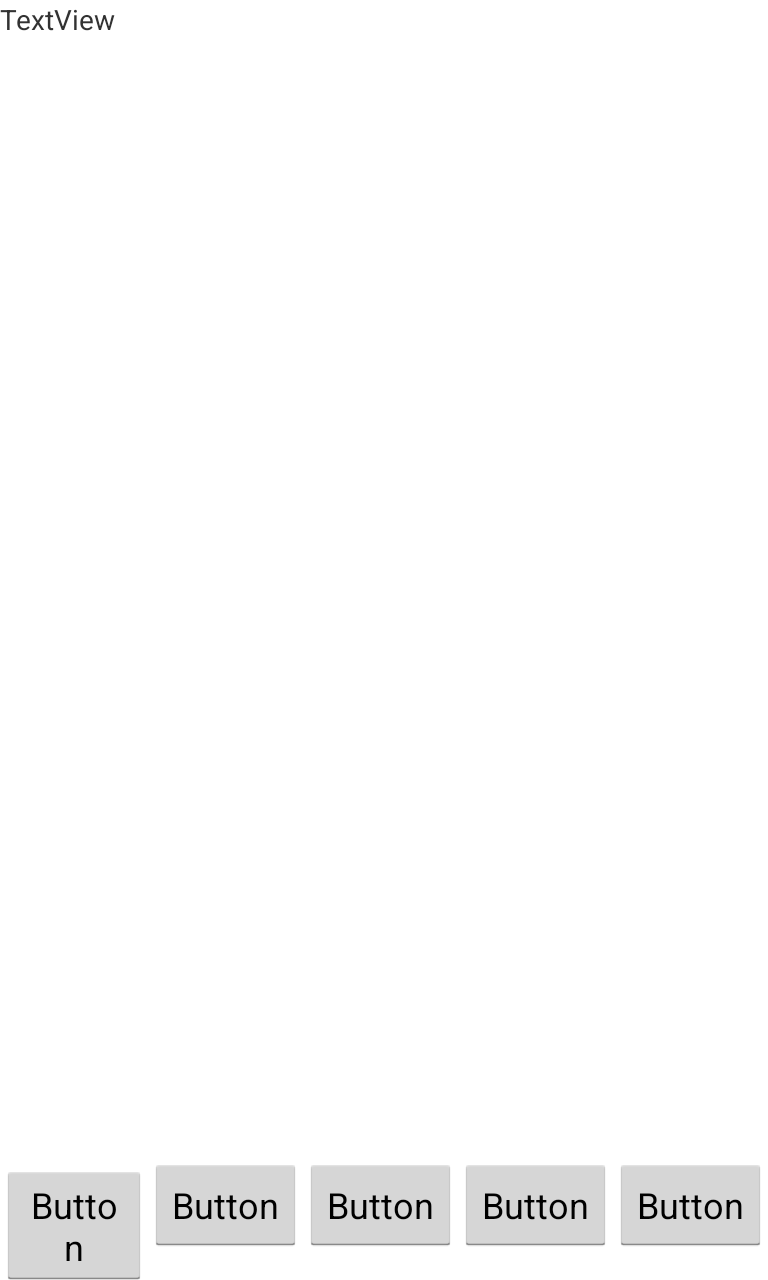
Repository: AungWinnHtut/MScAnd
Layout: com.example.com.engineer4myanmar.rtrs.MainActivity/res/layout/activity_history.xml
An editor plug-in stored every save of this project. The layout is shown before and after the next save, followed by the edit.
It is drawn on a 768 x 1280 px phone screen (xhdpi) without system bars, with theme AppTheme; the app's code is not run.

Above is the layout before, as saved 2015-06-21 07:26:05.

After the next save:
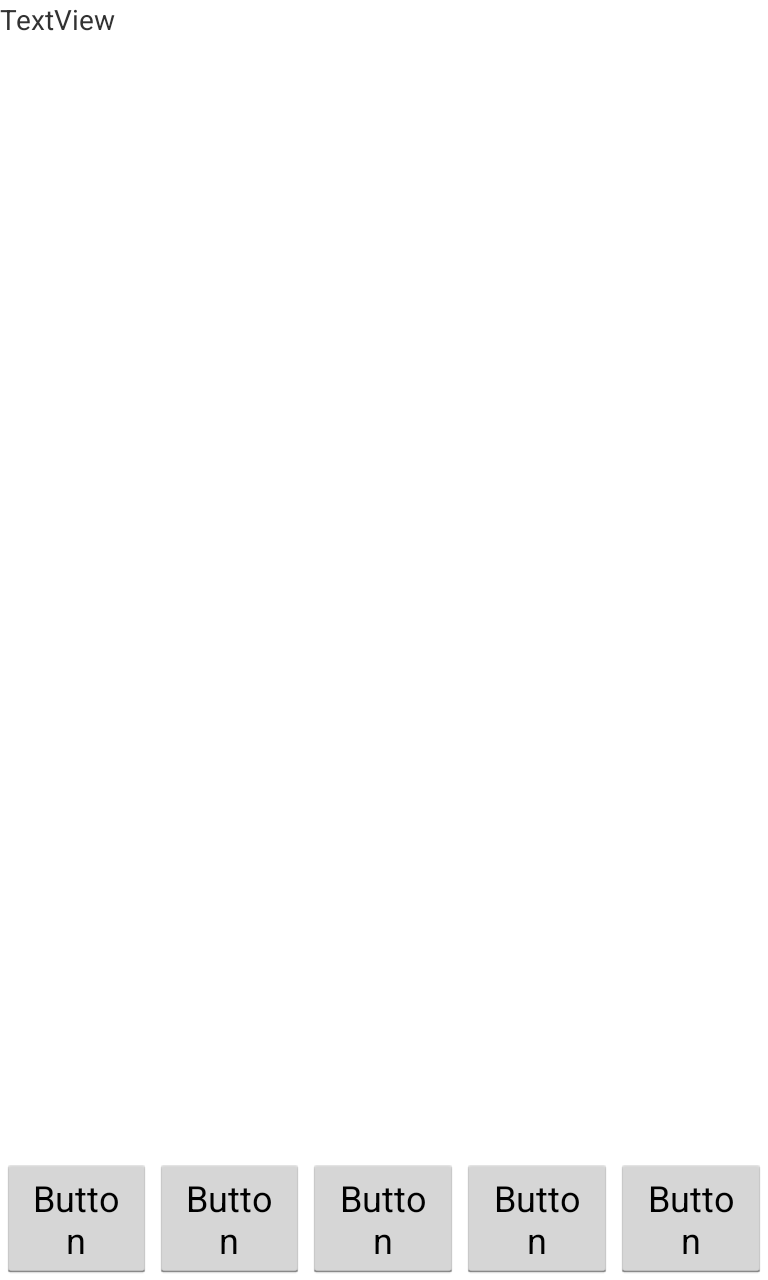
Saved 23 s later.
--- a/com.example.com.engineer4myanmar.rtrs.MainActivity/res/layout/activity_history.xml
+++ b/com.example.com.engineer4myanmar.rtrs.MainActivity/res/layout/activity_history.xml
@@ -42,26 +42,30 @@
 
         <Button
             android:id="@+id/button2"
-            android:layout_width="wrap_content"
+            android:layout_width="0dp"
             android:layout_height="wrap_content"
+             android:layout_weight="1"
             android:text="Button" />
 
         <Button
             android:id="@+id/button3"
-            android:layout_width="wrap_content"
+            android:layout_width="0dp"
             android:layout_height="wrap_content"
+             android:layout_weight="1"
             android:text="Button" />
 
         <Button
             android:id="@+id/button4"
-            android:layout_width="wrap_content"
+            android:layout_width="0dp"
             android:layout_height="wrap_content"
+             android:layout_weight="1"
             android:text="Button" />
 
         <Button
             android:id="@+id/button5"
-            android:layout_width="wrap_content"
+            android:layout_width="0dp"
             android:layout_height="wrap_content"
+             android:layout_weight="1"
             android:text="Button" />
 
     </LinearLayout>
